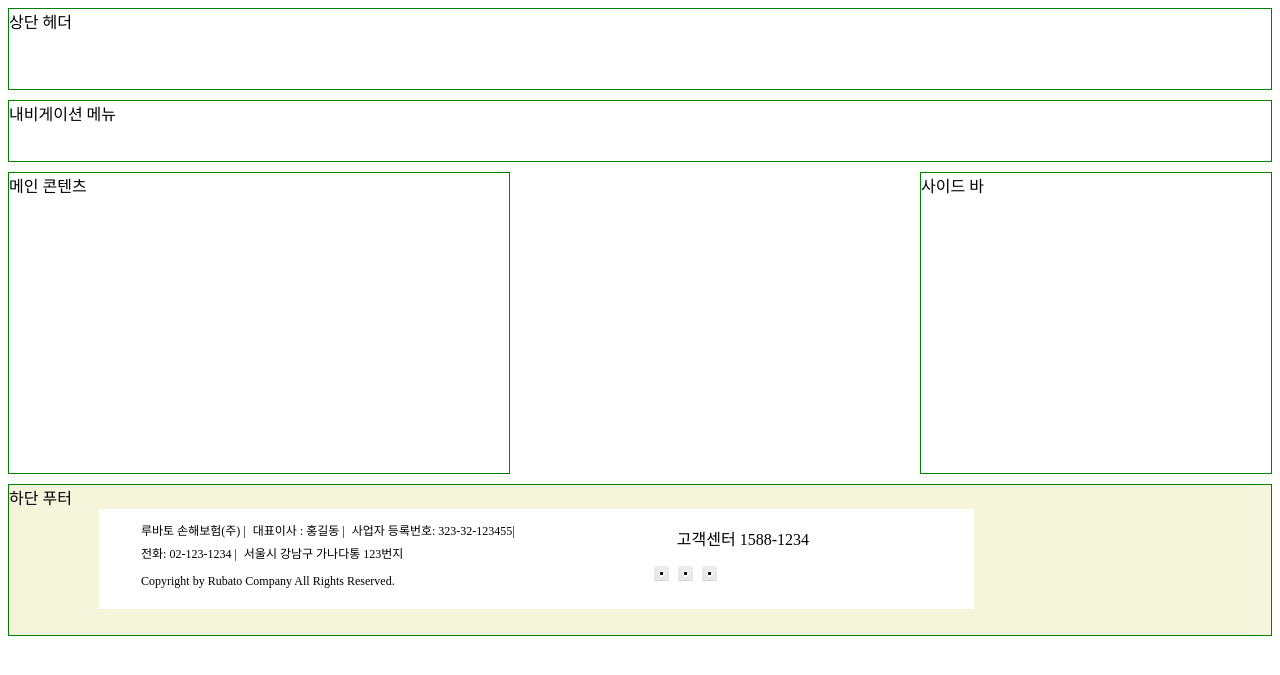
Repository: woosungtae/html_css
Page: pro01/public/a3.html
These files come from the project's save history. The page is drawn as it stood at one moment and after the next save; the edit follows.
The browser window is 1280 px wide. The pictures show the whole page.

Above is the page before, as saved 2022-12-14 05:37:16.

After the next save:
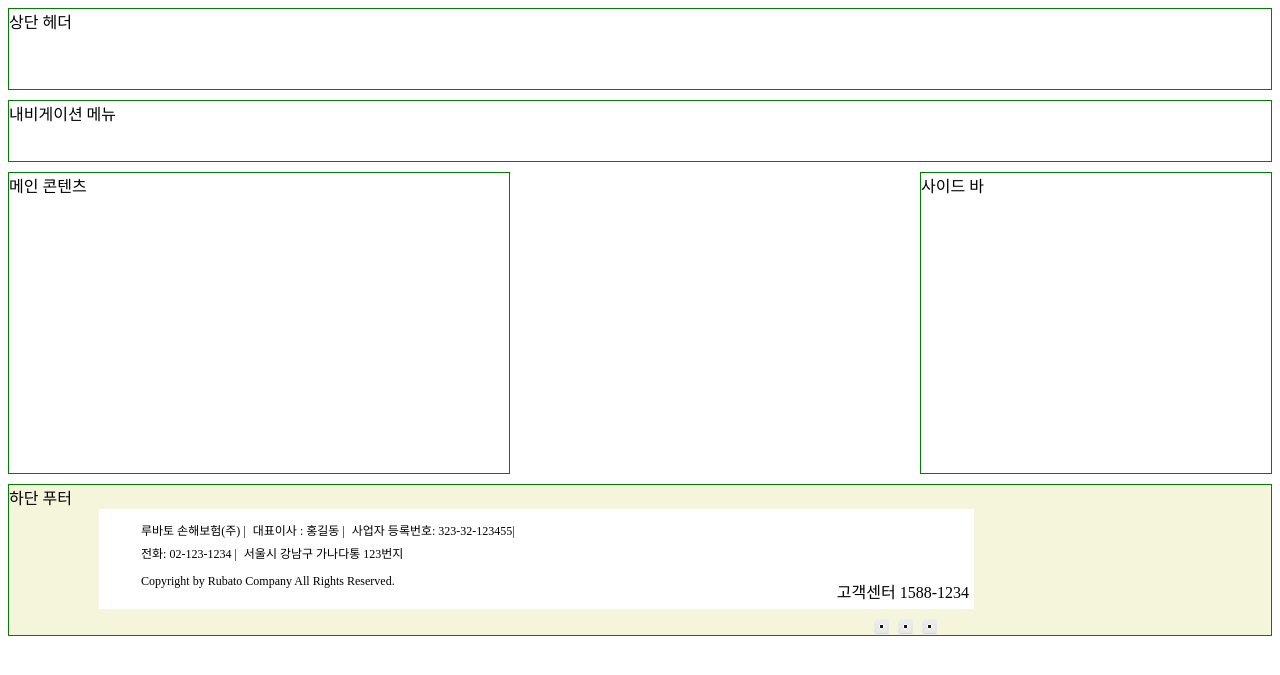
Saved 20 s later.
--- a/pro01/public/a3.html
+++ b/pro01/public/a3.html
@@ -23,7 +23,7 @@
      padding: 2px;
         }
    #customer {
-      float:top;
+      float:right;
       text-align:center;
       margin-right: 5px;
       border-top:1px solid white;
